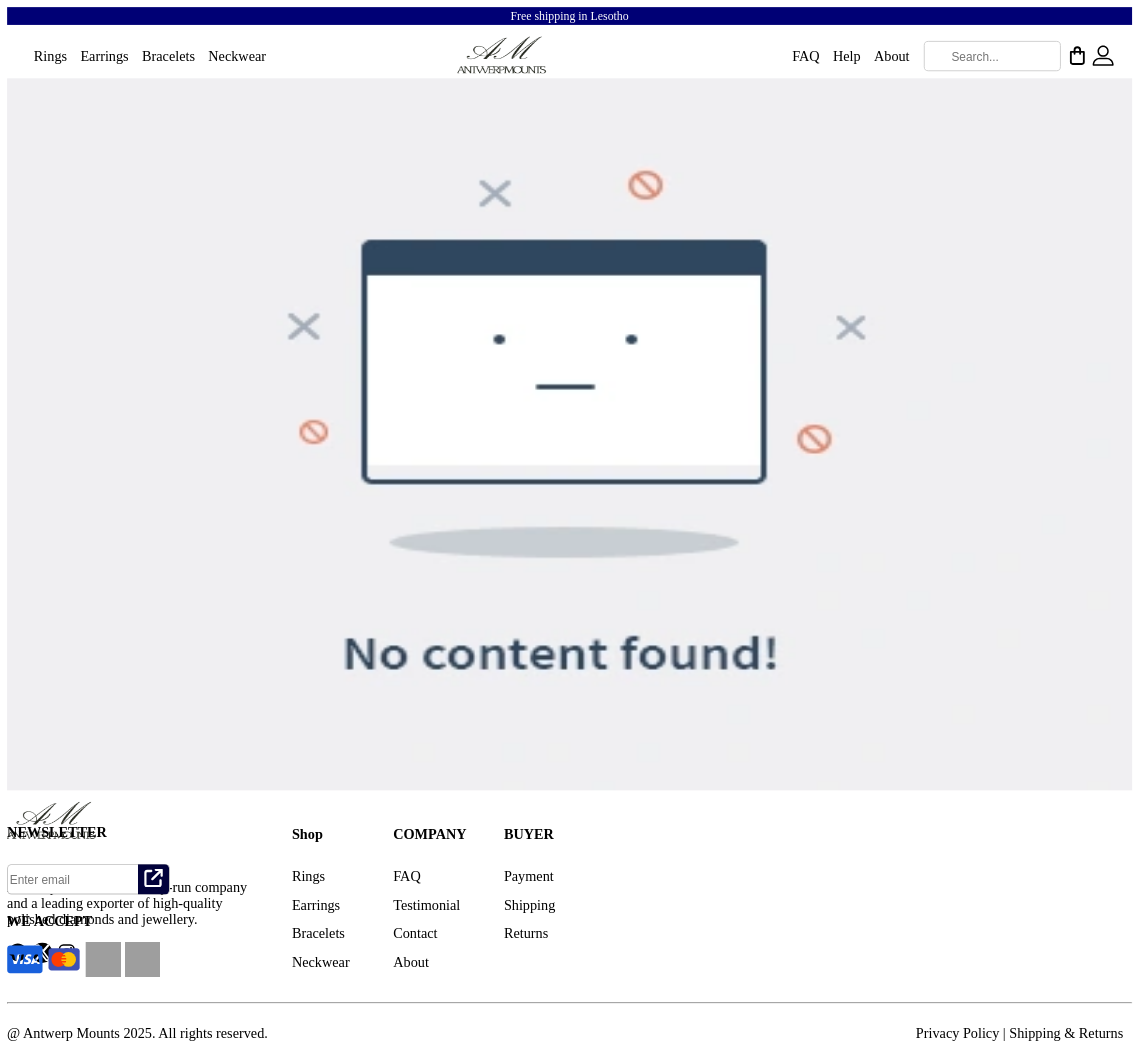
Repository: kea-0424/Web-Development-Project-1
Page: First_collaboration/JewelarySite.html
The author's editor kept a copy of each file at every save. The page is drawn from the files as they stood at one save, then again after the next save.
The browser window is 1280 px wide. The pictures show the whole page, at 89% of full size.
Pictures or frames that could not be fetched are drawn as grey boxes.

Above is the page before, as saved 2025-01-23 11:13:11.

After the next save:
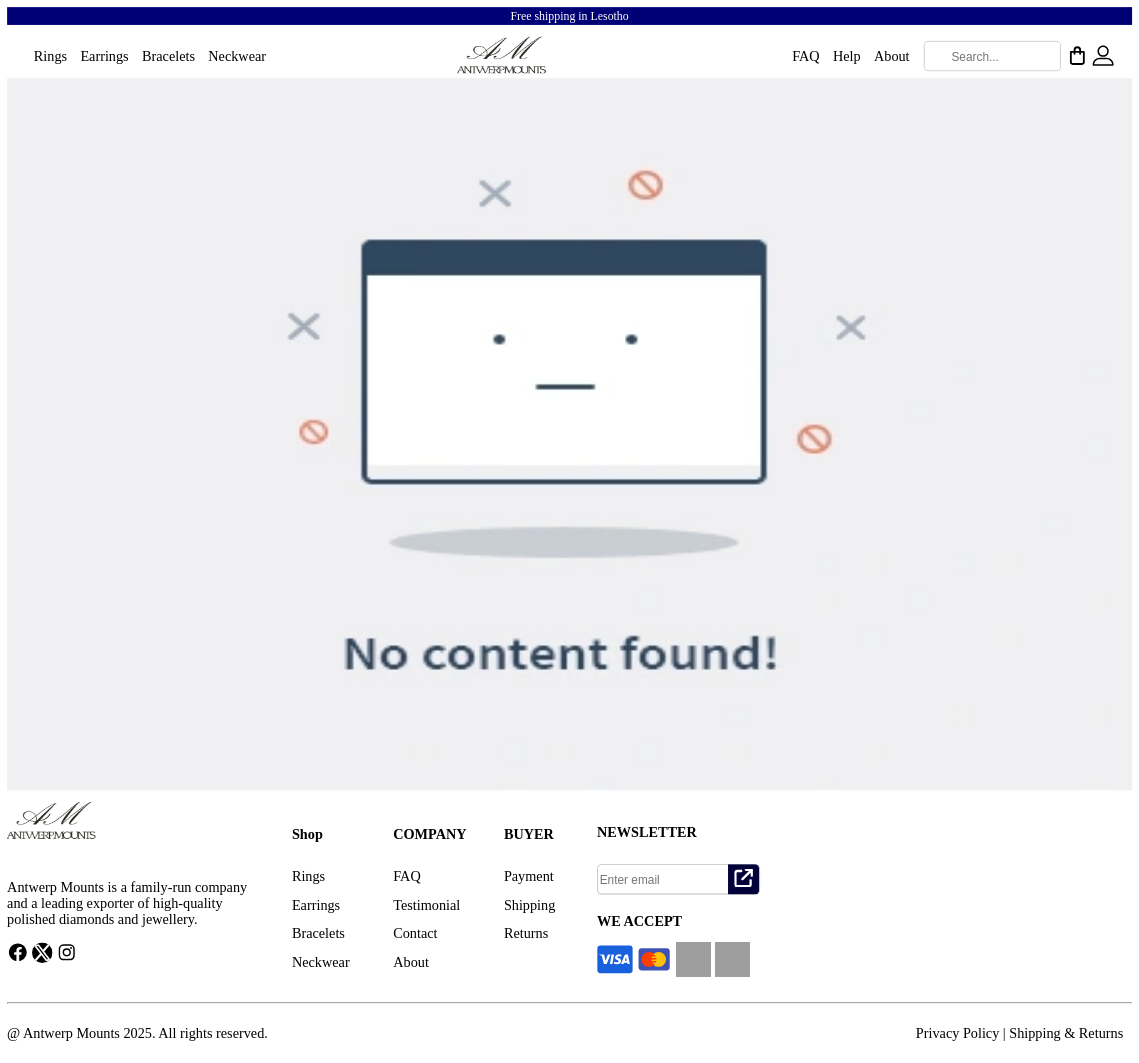
Saved 4 s later.
--- a/First_collaboration/JewelarySite.css
+++ b/First_collaboration/JewelarySite.css
@@ -171,7 +171,7 @@ footer {
 /*border: 1px solid red;*/
 display: inline;
 position: absolute;
-right:30;
+right:30%;
 top:18px;
 }
 hr {

After the 2 saves that followed:
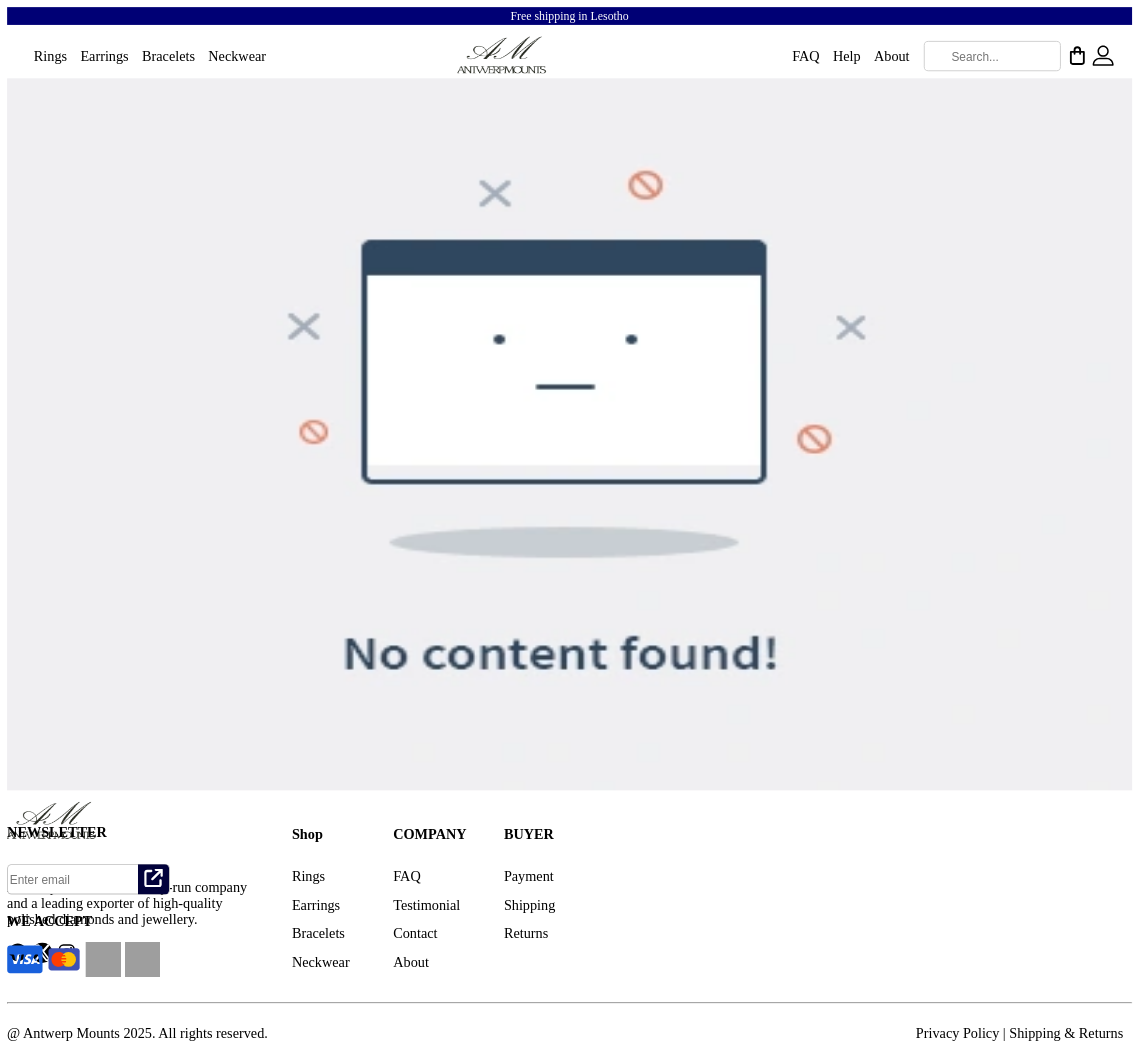
The 2 saves are shown as one change because 1 left the picture as it was.
The last was saved 47 s later.
--- a/First_collaboration/JewelarySite.css
+++ b/First_collaboration/JewelarySite.css
@@ -171,7 +171,6 @@ footer {
 /*border: 1px solid red;*/
 display: inline;
 position: absolute;
-right:30%;
 top:18px;
 }
 hr {
